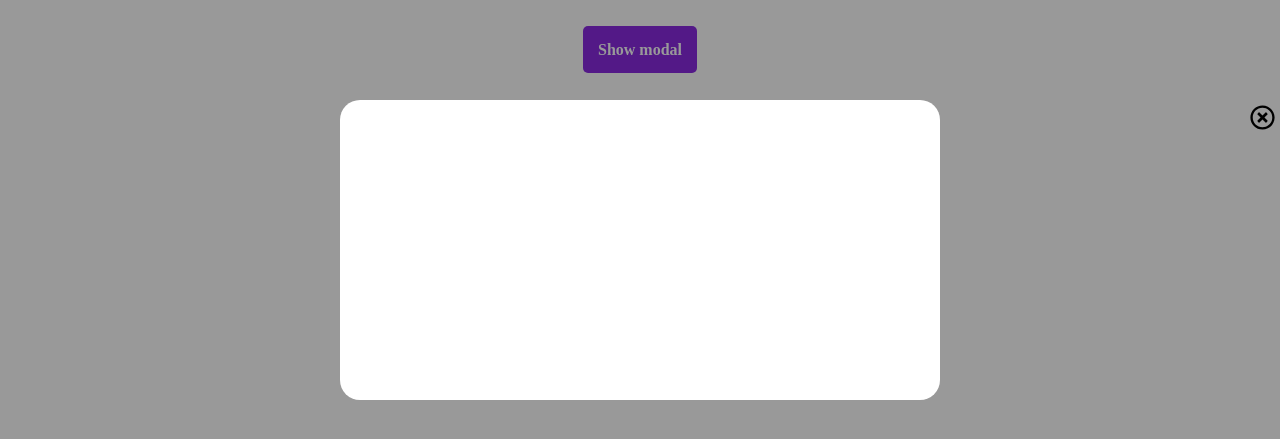
Repository: AnhTuan191298/sent-file-hoang
Page: js_modal/index.html
These files come from the project's save history. The page is drawn as it stood at one moment and after the next save; the edit follows.
The browser window is 1280 px wide. The pictures show the whole page.

Above is the page before, as saved 2021-02-01 14:55:06.

After the next save:
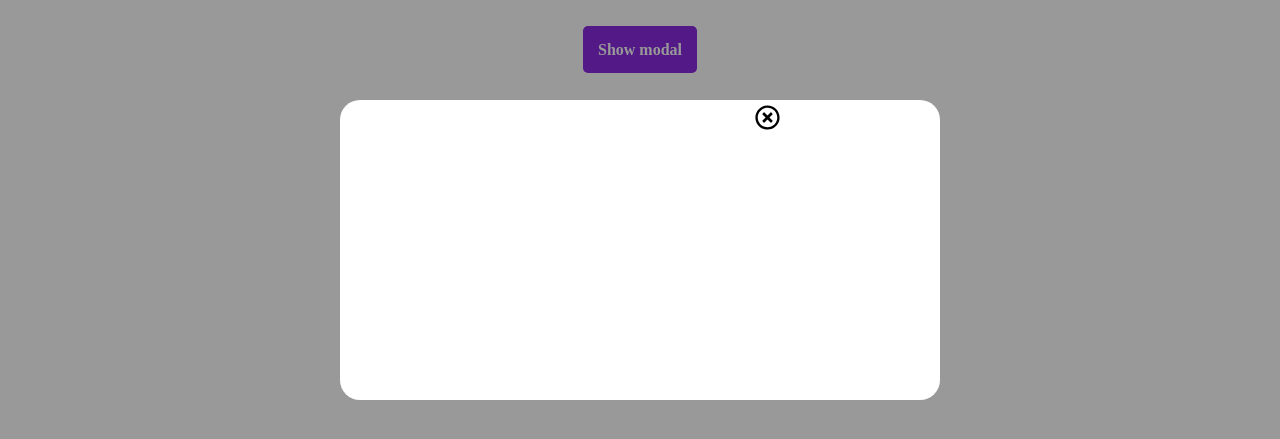
Saved 18 s later.
--- a/js_modal/index.html
+++ b/js_modal/index.html
@@ -48,7 +48,7 @@
         .modal_show__close {
             position: absolute;
             top: 5px;
-            right: 5px;
+            right: 500px;
         }
         .modal_show__close-img {
             width: 25px;
